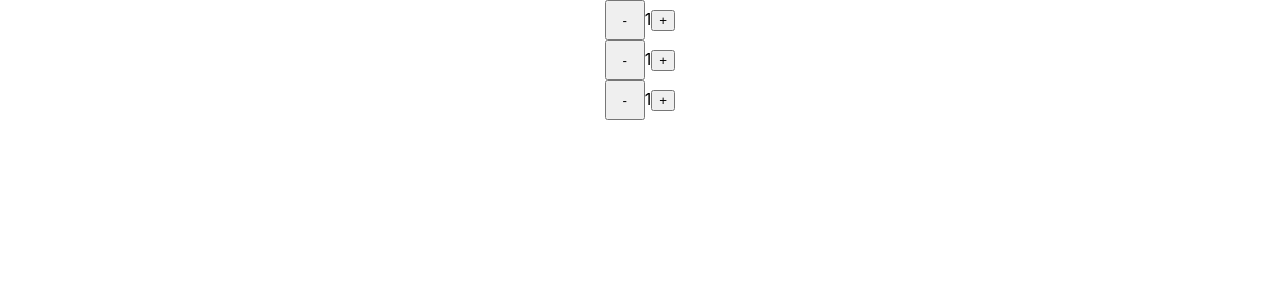
Repository: max535/test-task-netrika
Page: /
These files come from the project's save history. The page is drawn as it stood at one moment and after the next save; the edit follows.
The browser window is 1280 px wide. The pictures show the whole page.
The project was rebuilt for these pictures with package versions that can differ from the ones it lists, and the page was loaded fresh each time.

Above is the page before, as saved 2021-10-16 06:40:09.

After the next save:
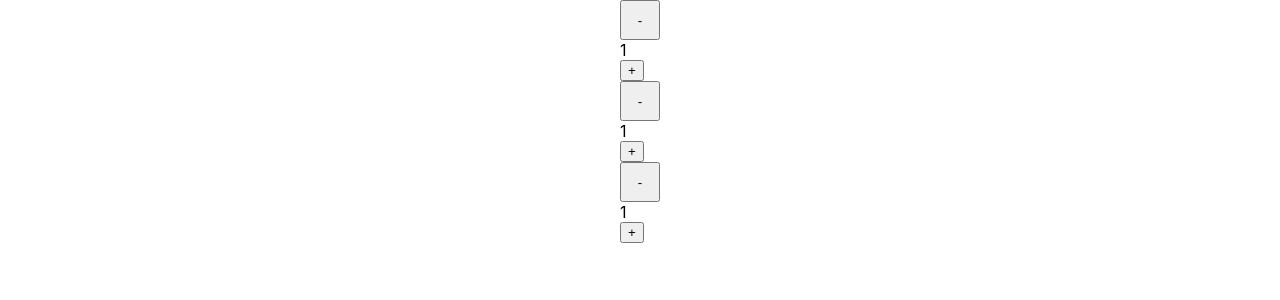
Saved 71 s later.
--- a/src/Counter/Counter.css
+++ b/src/Counter/Counter.css
@@ -1,3 +1,10 @@
+.Counter {
+    display: flex;
+    flex-direction: column;
+    align-items: flex-start;
+    padding: 0px;
+}
+
 .Decrement {
     position: static;
     width: 40px;
